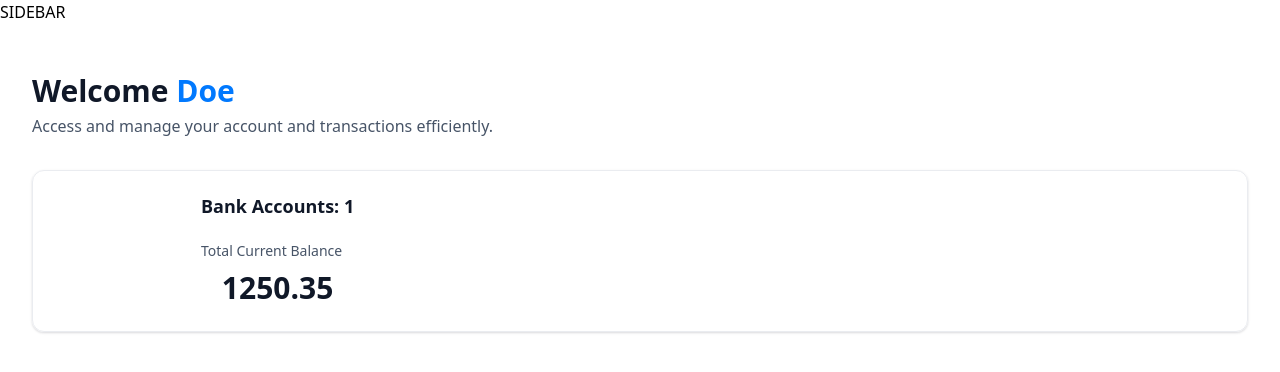
Repository: akinolapo/creditcraze
Page: /
An editor plug-in stored every save of this project. The page is shown before and after a run of saves, followed by the edit.
The browser window is 1280 px wide. The pictures show the whole page.
The project was rebuilt for these pictures with package versions that can differ from the ones it lists, and the page was loaded fresh each time. The framework's server and built-in components were replaced by stand-ins that run in the browser. Also part of the build but not shown: next.config.mjs.

Above is the page before, as saved 2024-06-26 14:10:32.

After the next 5 saves:
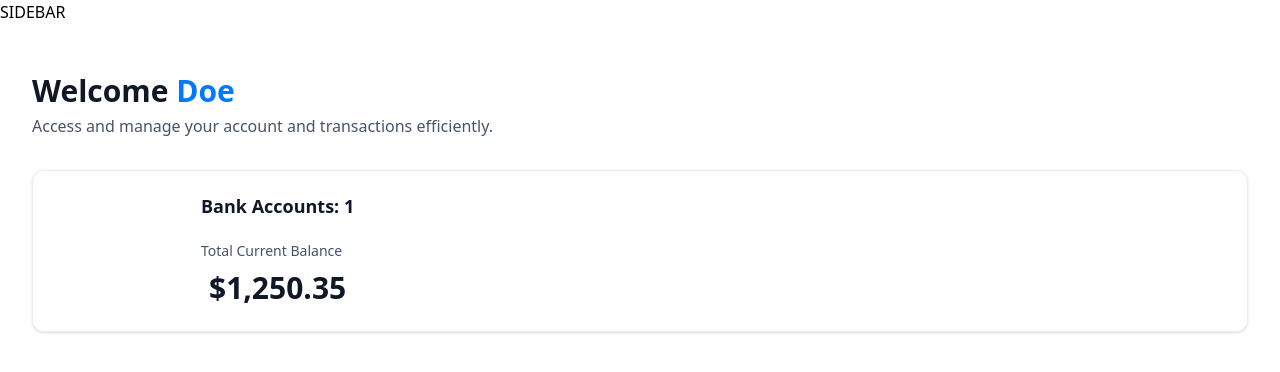
The 5 saves are shown as one change because 2 did not build or start and some came seconds apart.
The last was saved 33 s later.
--- a/components/TotalBalanceBox.tsx
+++ b/components/TotalBalanceBox.tsx
@@ -1,3 +1,4 @@
+import { formatAmount } from '@/lib/utils'
 import React from 'react'
 
 const TotalBalanceBox = ({
@@ -17,7 +18,7 @@ const TotalBalanceBox = ({
             Total Current Balance
           </p>
           <p className="total-balance-amount flex-center gap-2">
-            {totalCurrentBalance}
+            {formatAmount(totalCurrentBalance)}
           </p>
         </div>
       </div>
